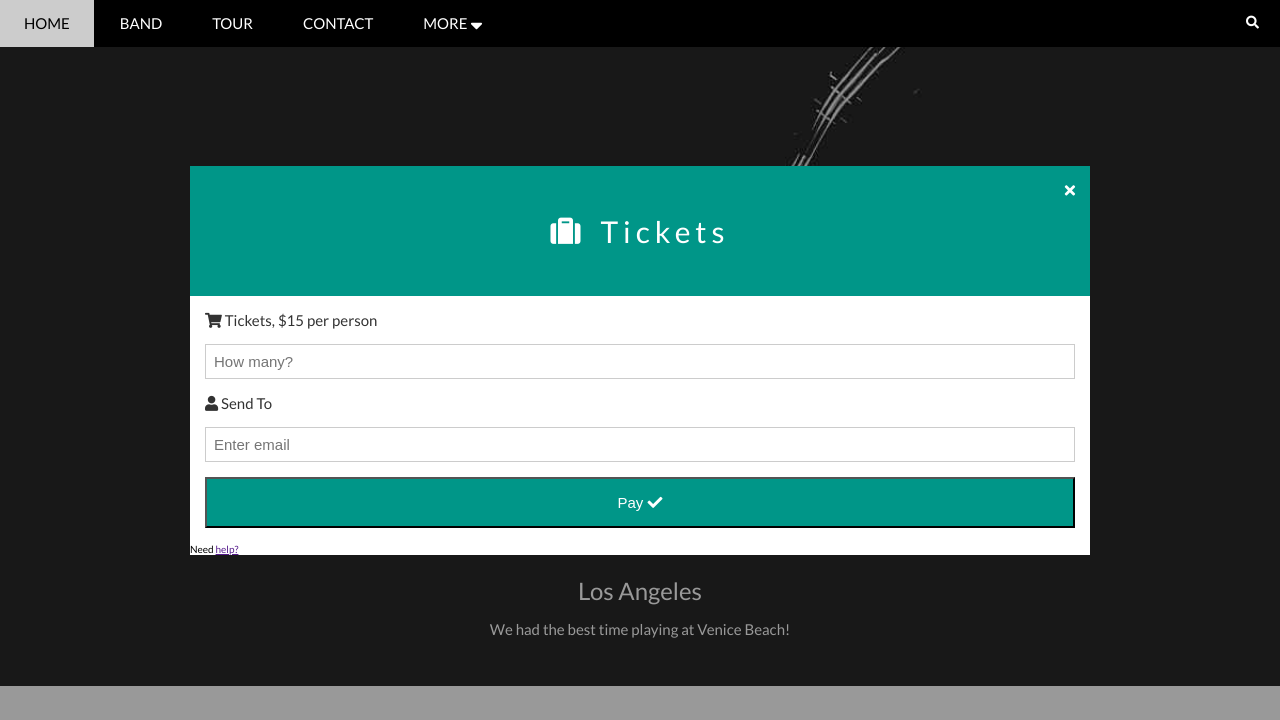
Repository: nguyenthaicong265/w3-band
Page: index.html
An editor plug-in stored every save of this project. The page is shown before and after the next save, followed by the edit.
The browser window is 1280 px wide. The pictures show the window.
The pointer rests on the first visible `#buy-ticket`.
A layer covers the whole window, so only the first screen is drawn.

Above is the page before, as saved 2022-01-03 12:08:49.

### index.html
<!DOCTYPE html>
<html lang="en">
<head>
    <meta charset="UTF-8">
    <meta http-equiv="X-UA-Compatible" content="IE=edge">
    <meta name="viewport" content="width=device-width, initial-scale=1.0">
    <title>Document</title>
    <link rel="stylesheet" href="./assets/css/styles.css">
    <link rel="stylesheet" href="https://fonts.googleapis.com/css?family=Lato">
    <link rel="stylesheet" href="./assets/font/themify-icons-font/themify-icons/themify-icons.css">
    <link rel="stylesheet" href="./assets/font/fontawesome-free-5.15.4-web/css/all.css">
</head>
<body>
    <div id="main">
        <div id="header">
            <ul id="nav">
                <li><a href="">Home</a></li>
                <li><a href="">Band</a></li>
                <li><a href="">Tour</a></li>
                <li><a href="">Contact</a></li>
                <li>
                    <a href="#">
                        More
                        <i class="fas fa-sort-down"></i>
                    </a>
                    <ul class="subnav">
                        <li><a href="#">Merchandise</a></li>
                        <li><a href="#">Extras</a></li>
                        <li><a href="#">Media</a></li>
                    </ul>
                </li>
            </ul>
            <div class="search-button">
                <i class="fas fa-search text-white"></i>
            </div>
        </div>

        <div id="slider">
            <div class="text-content text-white">
                <h2 class="text-head">Los Angeles
                </h2>
                <div class="text-description">We had the best time playing at Venice Beach!
                </div>
            </div>
        </div>

        <div id="content">
            <!-- About-section -->
            <div class="band-section">
                <div class="content-section">
                    <h2 class="section-heading">
                    THE BAND
                    </h2>
                    <p class="section-sub-heading">
                    We love music
                    </p>
                    <p class="about-text">We have created a fictional band website. Lorem ipsum dolor sit amet, consectetur adipiscing elit, sed do eiusmod tempor incididunt ut labore et dolore magna aliqua. Ut enim ad minim veniam, quis nostrud exercitation ullamco laboris nisi ut aliquip ex ea commodo consequat. Duis aute irure dolor in reprehenderit in voluptate velit esse cillum dolore eu fugiat nulla pariatur. Excepteur sint occaecat cupidatat non proident, sunt in culpa qui officia deserunt mollit anim id est laborum consectetur adipiscing elit, sed do eiusmod tempor incididunt ut labore et dolore magna aliqua. Ut enim ad minim veniam, quis nostrud exercitation ullamco laboris nisi ut aliquip ex ea commodo consequat.
                    </p>

                    <!-- Member -->
                    <div class="members-list">
                        <div class="member-item">
                            <p class="member-name">Name</p>
                            <img src="./assets/img/band/member1.jpg" alt="Name" class="member-avatar">
                        </div>

                        <div class="member-item">
                            <p class="member-name">Name</p>
                            <img src="./assets/img/band/member1.jpg" alt="Name" class="member-avatar">
                        </div>

                        <div class="member-item">
                            <p class="member-name">Name</p>
                            <img src="./assets/img/band/member1.jpg" alt="Name" class="member-avatar">
                        </div>
                    </div>
                </div>
            </div>

            <!-- Tour-section -->
            <div class="tour-section">
                <div class="content-section">
                    <h2 class="section-heading text-white">
                    TOUR DATES
                    </h2>
                    <p class="section-sub-heading text-white">
                    Remember to book your tickets!
                    </p>

                    <!-- Tickets  -->
                    <ul class="tickets-list">
                        <li>September <span class="sold-out text-white">Sold out</span></li>
                        <li>October <span class="sold-out text-white">Sold out</span></li>
                        <li>November <span class="quantity text-white">3</span></li>
                    </ul>

                    <!-- Places -->
                    <div class="places-list">
                        <div class="places-item">
                            <img src="./assets/img/places/newyork.jpg" alt="New York" class="place-img">
                            <div class="place-body">
                                <h3 class="place-heading">
                                    New York
                                </h3>
                                <p class="place-time">
                                    Fri 27 Nov 2016
                                </p>
                                <p class="place-dsc">
                                    Praesent tincidunt sed tellus ut rutrum sed vitae justo.
                                </p>
                                <a href="#" class="place-buy-ticket">Buy Tickets</a>
                            </div>
                        </div>

                        <div class="places-item">
                            <img src="./assets/img/places/paris.jpg" alt="Paris" class="place-img">
                            <div class="place-body">
                                <h3 class="place-heading">
                                    Paris
                                </h3>
                                <p class="place-time">
                                    Sat 28 Nov 2016
                                </p>
                                <p class="place-dsc">
                                    Praesent tincidunt sed tellus ut rutrum sed vitae justo.
                                </p>
                                <a href="#" class="place-buy-ticket">Buy Tickets</a>
                            </div>
                        </div>

                        <div class="places-item">
                            <img src="./assets/img/places/sanfran.jpg" alt="San Francisco" class="place-img">
                            <div class="place-body">
                                <h3 class="place-heading">
                                    San Francisco
                                </h3>
                                <p class="place-time">
                                    Sun 29 Nov 2016
                                </p>
                                <p class="place-dsc">
                                    Praesent tincidunt sed tellus ut rutrum sed vitae justo.
                                </p>
                                <a href="#" class="place-buy-ticket">Buy Tickets</a>
                            </div>
                        </div>
                    </div>
                </div>
            </div>

            <!-- Contact-section -->
            <div class="contact-section">
                <div class="content-section">
                    <h2 class="section-heading">
                    CONTACT</h2>
                    <p class="section-sub-heading">
                    Fan? Drop a note!</p>
                    <div class="contact-information">
                        <div class="contact-location">
                            <i class="fas fa-map-marker-alt"></i>
                            <p class="location">Chicago, US</p>
                        </div>
                        <div class="contact-phone">
                            <i class="fas fa-phone-alt"></i>
                            <p class="phone">Phone: +00 151515</p>
                        </div>
                        <div class="contact-email">
                            <i class="fas fa-envelope"></i>
                            <p class="email">Email: mail@mail.com</p>
                        </div>
                    </div>
                    <div class="fill-information">
                        <form action="" class="form-information">
                            <input type="text" class="fill-name" placeholder="Name" required name="Name">
                            <input type="text" class="fill-email" placeholder="Email" required name="Email">
                            <input type="text" class="fill-message" placeholder="Message"
                            required name="Message">
                            <button class="button-send" type="submit">SEND</button>
                        </form>
                    </div>
                </div>
            </div>
        </div>

        <div id="footer">

        </div>
    </div>
    <div class="modal">
         <div class="modal-contaner">
             <div class="modal-close">
                <i class="fas fa-times"></i>
             </div>

             <div class="modal-header text-white">
                <i class="fas fa-suitcase"></i> Tickets
             </div>

             <div class="modal-body">
                <label for="" class="modal-label">
                    <i class="fas fa-shopping-cart"></i>
                    Tickets, $15 per person
                 </label>
                 <input type="text" class="modal-input" placeholder="How many?">

                 <label for="" class="modal-label">
                    <i class="fas fa-user"></i>
                    Send To
                 </label>
                 <input type="text" class="modal-input" placeholder="Enter email">

                <button id="buy-ticket">
                    Pay
                    <i class="fas fa-check"></i>
                </button>
             </div>

             <div class="modal-footer">
                 <p class="modal-help">
                     Need <a href="">help?</a>
                 </p>
             </div>
         </div>
    </div>
</body>
</html>

### assets/css/styles.css
/* Reset CSS */
* {
    padding: 0;
    margin: 0;
    box-sizing: border-box;
}

html {
    font-family: "Lato", sans-serif;
    font-size: 62.5%;
}

.text-white {
    color: #ffff !important;
}

#main {

}

#header {
    position: fixed;
    top: 0;
    left: 0;
    right: 0;
    height: 46.5px;
    background-color: #000000;
    z-index: 1;
}

#header .search-button {
    float: right;
    padding: 0 21px;
}

#header .search-button:hover {
    cursor: pointer;
    background-color: #f44336!important;
}

#header .fa-search {
    font-size: 13px;
    line-height: 46px;
}

#nav, .subnav {
    display: inline-block;
    list-style-type: none;
}

#nav > li {
    display: inline-block;
}

#nav li {
    position: relative;
}

#nav > li > a {
    color: #ffffff;
    text-transform: uppercase;
}

#nav li a {
    text-decoration: none;
    line-height: 46.5px;
    padding: 0px 24px;
    font-size: 1.5rem;
    display: block;
}

#nav .fa-sort-down {
    font-size: 20px;
}

#nav li:hover .subnav {
    display: block;

}

#nav > li:hover > a,
#nav .subnav li:hover a {
    color: #000 !important;
    background-color: #ccc !important;
}

#nav .subnav {
    display: none;
    position: absolute;
    min-width: 160px;
    top: 46.5px;
    background-color: #ffffff;
    box-shadow: 0 0 10px rgba(0, 0, 0, 0.3);
}

#nav .subnav a {
    color: #000;
    padding: 0 12px;
    line-height: 38px;
}

#slider {
    position: relative;
    margin-top: 46px;
    padding-top: 50%;
    background: url(/assets/img/slider/slider1.jpg) top center / cover no-repeat;
}

#slider .text-content {
    position: absolute;
    bottom: 48px;
    width: 100%;
    text-align: center;
}

#slider .text-head {
    font-weight: 100;
    font-size: 24px;
    margin-bottom: 10px;
}
#slider .text-description {
    font-size: 15px;
    margin-top: 15px;
}

#content {
}

#content .content-section {
    width: 800px;
    padding: 64px 16px ;
    margin-left: auto;
    margin-right: auto;
}

#content .section-heading {
    font-size: 30px;
    font-weight: 400;
    letter-spacing: 4px;
    text-align: center;
}

#content .section-sub-heading {
    font-size: 15px;
    font-style: italic;
    text-align: center;
    opacity: 0.6;
    margin-top: 25px;
}

#content .about-text {
    text-align: justify;
    font-size: 15px;
    margin-top: 25px;
    line-height: 1.4;
}

#content .members-list {
    margin-top: 48px;
    overflow: hidden;
    padding-top: 32px !important;
    padding-bottom: 32px !important;
}

#content .member-item {
    float: left;
    width: 33.333333%;
    text-align: center;
}

#content .member-name {
    font-size: 15px;


}

#content .member-avatar {
    width: 60%;
    margin-top: 15px;
    border-radius: 4px;
}

.tour-section {
    background-color: #000;
    width: 100%;
}

.tickets-list {
    background-color: #ffffff;
    margin-top: 40px;
    list-style-type: none;
}

.tickets-list li {
    font-size: 15px;
    padding: 11px 16px;
    border-bottom: 1px solid #dddd;
    color: #757575;
}

.tickets-list .sold-out {
    background-color: #f44336!important;
    padding: 2px 7px;
    margin-left: 16px;
}

.tickets-list .quantity {
    float: right;
    width: 24px;
    height: 24px;
    background-color: #000;
    border-radius: 50%;
    line-height: 24px;
    text-align: center;
    margin-top: -3px;
}

.places-list {
    margin: 32px -8px 0px;
    overflow: hidden;
    padding-bottom: 48px;
}

.places-item {
    float: left;
    width: 33.33333%;
    padding: 0 8px;

}

.place-img {
    display: block;
    width: 100%;
}

.place-img:hover {
    opacity: 0.6;
}

.place-body {
    background-color: #ffff;
    padding: 16px;
}

.place-heading {
    font-size: 15px;
    font-weight: bolder;
    margin-bottom: 15px;
}

.place-time {
    font-size: 15px;
    opacity: 0.6;
    margin-bottom: 15px;
}

.place-dsc {
    font-size: 15px;
    margin-bottom: 15px;
}

.place-buy-ticket {
    display: inline-block;
    font-size: 15px;
    color: #ffff;
    background-color: #000;
    text-decoration: none;
    padding: 8px 16px;
    margin-top: 16px;
}

.place-buy-ticket:hover {
    color: #000;
    background-color: #ccc;
}

.contact-section {
    background-color: #fff;
    width: 100%;

}

.contact-information {
    float: left;
    width: 49.99999%;
    margin-bottom: 16px;
    overflow: hidden;
}

.fas {
    display: inline-block;
}

.contact-location {

}


.contact-phone {

}

.fill-information {
    width: 49.99999%;
}
#footer {

}

.modal {
    position: fixed;
    top: 0;
    right: 0;
    bottom: 0;
    left: 0;
    background: rgba(0, 0, 0, 0.4);
    display: flex;
    align-items: center;
    justify-content: center;
}

.modal-contaner {
    background: #fff;
    width: 900px;
    min-height: 200px;
    position: relative;
}

.modal-close {
    position: absolute;
    right: 0;
    top: 0;
    padding: 15px;
    cursor: pointer;
    color: #fff;
    font-size: 15px;
}

.modal-close:hover {
    background-color: #ccc;
    color: #000;
}

.modal-header {
    background-color: #009688;
    height: 130px;
    display: flex;
    align-items: center;
    justify-content: center;
    font-size: 30px;
    letter-spacing: 5px;
}

.modal-header .fa-suitcase {
    margin-right: 15px;
}

.modal-body {
    padding: 15px;

}

.modal-body .modal-label {
    display: block;
    font-size: 15px;
    opacity: 0.8;
}

.modal-body .modal-input {
    border: 1px solid #ccc;
    padding: 8px;
    margin: 15px 0;
    width: 100%;
    font-size: 15px;
}

#buy-ticket {
    background-color: #009688;
    color: #fff;
    font-size: 15px;
    padding: 15px;
    width: 100%;
}

#buy-ticket:hover {
    background-color: ;
}

Loaded but not shown: assets/font/themify-icons-font/themify-icons/themify-icons.css (common file); assets/font/fontawesome-free-5.15.4-web/css/all.css (library)

After the next save:
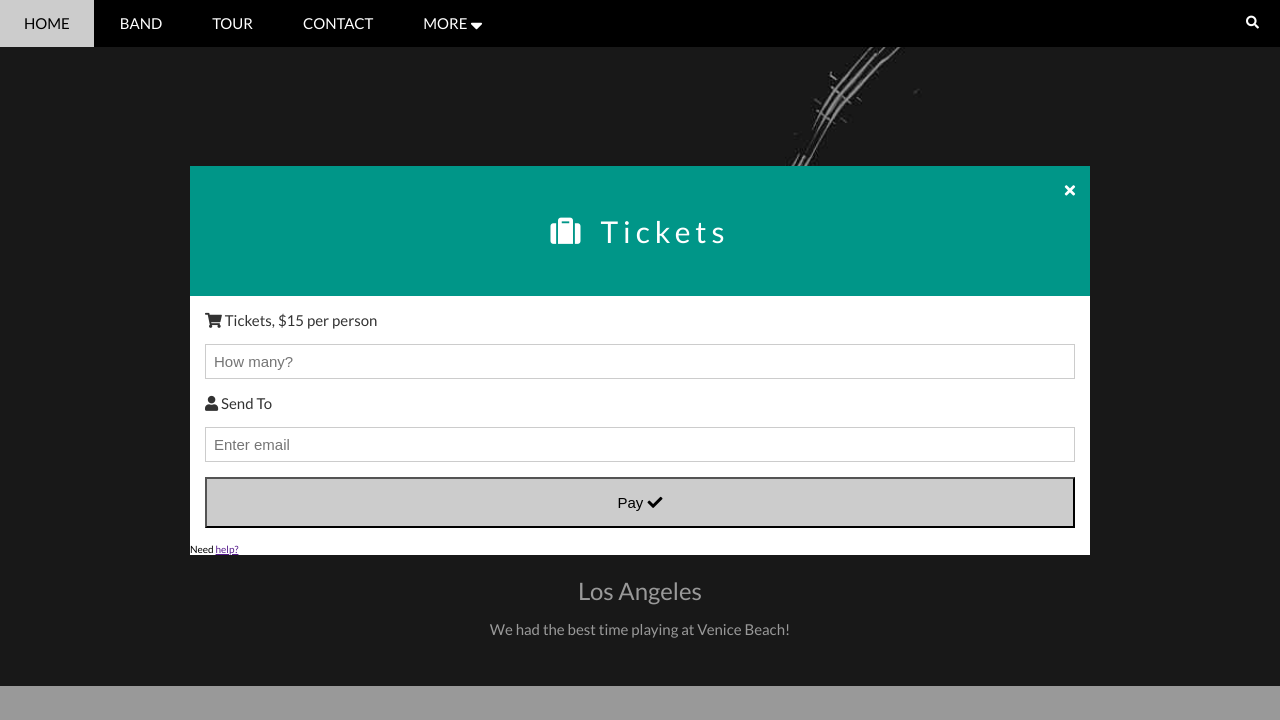
Saved 19 s later.
--- a/assets/css/styles.css
+++ b/assets/css/styles.css
@@ -383,5 +383,7 @@ html {
 }
 
 #buy-ticket:hover {
-    background-color: ;
-}
+    background-color: #ccc;
+    color: #000;
+
+}
